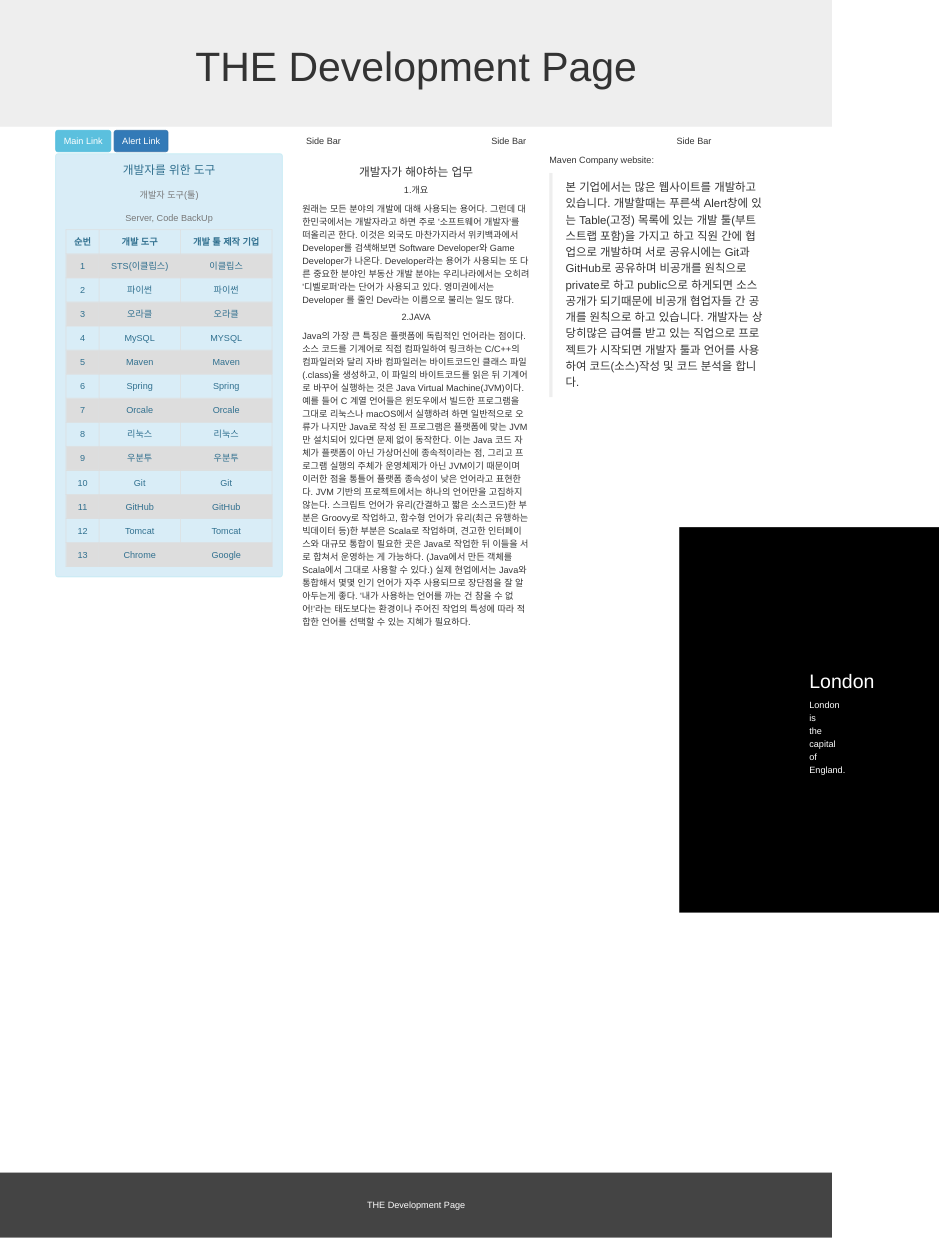
Repository: as2019a/spring
Page: http://localhost/ch19_project_mavenwebsite/WEB-INF/views/development.jsp
These files come from the project's save history. The page is drawn as it stood at one moment and after the next save; the edit follows.
The browser window is 1280 px wide. The page is 1445 px wide, then 1280 px, so the pictures cover 1445 px, including what lies to the right of the window. The pictures show the whole page, at 65% of full size.
Some web libraries are served in a nearby version. The page is served by Tomcat 9. Nobody is signed in. Other server files are loaded and not shown. The template is opened directly, without the code that normally fills it, so the values that code supplies are empty.

Above is the page before, as saved 2019-01-30 08:32:59.

### ch19_project_mavenwebsite/src/main/webapp/WEB-INF/views/development.jsp
<%@ page language="java" contentType="text/html; charset=UTF-8"
    pageEncoding="UTF-8"%>
<%@ taglib prefix="c" uri="http://java.sun.com/jsp/jstl/core" %>
<%@ taglib prefix="sec" uri="http://www.springframework.org/security/tags" %>
<!DOCTYPE html>
<html>
<head>
<meta charset="UTF-8">
<meta name="viewport"
 	  content="width=device-width, initial-scale=1">
<title>THE Development Page</title>
<link href="https://maxcdn.bootstrapcdn.com/bootstrap/3.3.2/css/bootstrap.min.css" rel="stylesheet">
<link rel="stylesheet" href="https://use.fontawesome.com/releases/v5.5.0/css/all.css">
<style type="text/css">
	.jumbotron{
			margin-bottom: 5px;
	}

	h5{
		text-align:center;
	}

	#sa:hover{
		color:fuchsia;
	}

	#sc:hover{
		color:orange;
	}

	#sf:hover{
		color:lime;
	}

	table {
	  font-family: arial, sans-serif;
	  border-collapse: collapse;
	  width: 100%;
	}

	td, th {
	  border: 1px solid #dddddd;
	  text-align:center;
	  padding: 8px;
	}

	tr:nth-child(even) {
	  background-color: #dddddd;
	}

	.cmd {
	  background-color: black;
	  color: white;
	  margin: 200px;
	  padding: 200px;
	}

	.footer{
		height: 100px;
		line-height: 100px;
		background-color: #444;
		color: white;
		text-align: center;
		margin-top: 200px;
	}

</style>
</head>
<body>
	<div class="jumbotron">
		<h1 class="text-center" style="">THE Development Page</h1>
	</div>
	<div class="container">
	  <div class="row">
	  	<div class="col-sm-12">
	  		<div class="col-sm-3">
	  			<a href="/main" type="button" class="btn btn-info">Main Link</a>
	  			<button type="button" class="btn btn-primary" onclick="alertsone()">
	  			Alert Link</button>
	  		</div>
	  		<div class="col-sm-3">
	  			<h5 id="sa">Side Bar</h5>
	  		</div>
	  		<div class="col-sm-3">
	  			<h5 id="sc">Side Bar</h5>
	  		</div>
	  		<div class="col-sm-3">
	  			<h5 id="sf">Side Bar</h5>
	  		</div>
	  	</div>
	    <div class="col-xs-12">
	    	<div class="col-xs-4">
	    		<div class="alert alert-info">
	    			<h4 style="font-size:large;text-align:center;">개발자를 위한 도구</h4>
	    			<table>
	    				<caption class="text-center">개발자 도구(툴)</caption>
	    				<caption class="text-center">Server, Code BackUp</caption>
	    				<thead>
	    					<tr>
	    						<th>순번</th>
	    						<th>개발 도구</th>
	    						<th>개발 툴 제작 기업</th>
	    					</tr>
	    					<tr>
	    						<td>1</td>
	    						<td>STS(이클립스)</td>
	    						<td>이클립스</td>
	    					</tr>
	    					<tr>
	    						<td>2</td>
	    						<td>파이썬</td>
	    						<td>파이썬</td>
	    					</tr>
	    					<tr>
	    						<td>3</td>
	    						<td>오라클</td>
	    						<td>오라클</td>
	    					</tr>
	    					<tr>
	    						<td>4</td>
	    						<td>MySQL</td>
	    						<td>MYSQL</td>
	    					</tr>
	    					<tr>
	    						<td>5</td>
	    						<td>Maven</td>
	    						<td>Maven</td>
	    					</tr>
	    					<tr>
	    						<td>6</td>
	    						<td>Spring</td>
	    						<td>Spring</td>
	    					</tr>
	    					<tr>
	    						<td>7</td>
	    						<td>Orcale</td>
	    						<td>Orcale</td>
	    					</tr>
	    					<tr>
	    						<td>8</td>
	    						<td>리눅스</td>
	    						<td>리눅스</td>
	    					</tr>
	    					<tr>
	    						<td>9</td>
	    						<td>우분투</td>
	    						<td>우분투</td>
	    					</tr>
	    					<tr>
	    						<td>10</td>
	    						<td>Git</td>
	    						<td>Git</td>
	    					</tr>
	    					<tr>
	    						<td>11</td>
	    						<td>GitHub</td>
	    						<td>GitHub</td>
	    					</tr>
	    					<tr>
	    						<td>12</td>
	    						<td>Tomcat</td>
	    						<td>Tomcat</td>
	    					</tr>
	    					<tr>
	    						<td>13</td>
	    						<td>Chrome</td>
	    						<td>Google</td>
	    					</tr>
	    				</thead>

	    			</table>
	    		</div>
	    	</div>
	    	<div class="col-xs-4">
	    		<h2 style="font-size:large;text-align:center;">개발자가 해야하는 업무</h2>
	    		<h5>1.개요</h5>
	    		<p>
	    		원래는 모든 분야의 개발에 대해 사용되는 용어다.
	    		그런데 대한민국에서는 개발자라고 하면 주로 '소프트웨어 개발자'를 떠올리곤 한다.
	    		이것은 외국도 마찬가지라서 위키백과에서 Developer를 검색해보면 Software Developer와 Game Developer가 나온다. Developer라는 용어가 사용되는 또 다른 중요한 분야인 부동산 개발 분야는 우리나라에서는 오히려 '디벨로퍼'라는 단어가 사용되고 있다.
	    		영미권에서는 Developer 를 줄인 Dev라는 이름으로 불리는 일도 많다.
	    		</p>
	    		<h5>2.JAVA</h5>
	    		<p>
	    		Java의 가장 큰 특징은 플랫폼에 독립적인 언어라는 점이다. 소스 코드를 기계어로 직접 컴파일하여 링크하는 C/C++의 컴파일러와 달리 자바 컴파일러는 바이트코드인 클래스 파일(.class)을 생성하고, 이 파일의 바이트코드를 읽은 뒤 기계어로 바꾸어 실행하는 것은 Java Virtual Machine(JVM)이다.
				예를 들어 C 계열 언어들은 윈도우에서 빌드한 프로그램을 그대로 리눅스나 macOS에서 실행하려 하면 일반적으로 오류가 나지만 Java로 작성 된 프로그램은 플랫폼에 맞는 JVM만 설치되어 있다면 문제 없이 동작한다. 이는 Java 코드 자체가 플랫폼이 아닌 가상머신에 종속적이라는 점, 그리고 프로그램 실행의 주체가 운영체제가 아닌 JVM이기 때문이며 이러한 점을 통틀어 플랫폼 종속성이 낮은 언어라고 표현한다.
				JVM 기반의 프로젝트에서는 하나의 언어만을 고집하지 않는다. 스크립트 언어가 유리(간결하고 짧은 소스코드)한 부분은 Groovy로 작업하고, 함수형 언어가 유리(최근 유행하는 빅데이터 등)한 부분은 Scala로 작업하며, 견고한 인터페이스와 대규모 통합이 필요한 곳은 Java로 작업한 뒤 이들을 서로 합쳐서 운영하는 게 가능하다. (Java에서 만든 객체를 Scala에서 그대로 사용할 수 있다.)
				실제 현업에서는 Java와 통합해서 몇몇 인기 언어가 자주 사용되므로 장단점을 잘 알아두는게 좋다. '내가 사용하는 언어를 까는 건 참을 수 없어!'라는 태도보다는 환경이나 주어진 작업의 특성에 따라 적합한 언어를 선택할 수 있는 지혜가 필요하다.
	    		</p>
	    	</div>
	    	<div class="col-xs-4">
	    		<p>Maven Company website:</p>
				<blockquote cite="http://localhost:8080/main">
				본 기업에서는 많은 웹사이트를 개발하고 있습니다. 개발할때는 푸른색 Alert창에
				있는 Table(고정) 목록에 있는 개발 툴(부트스트랩 포함)을 가지고 하고 직원 간에
				협업으로 개발하며 서로 공유시에는 Git과 GitHub로 공유하며 비공개를 원칙으로
				private로 하고 public으로 하게되면 소스공개가 되기때문에 비공개 협업자들 간
				공개를 원칙으로 하고 있습니다. 개발자는 상당히많은 급여를 받고 있는 직업으로
				프로젝트가 시작되면 개발자 툴과 언어를 사용하여 코드(소스)작성 및 코드 분석을
				합니다.
				</blockquote>
				<div class="cmd">
					<h2>London</h2>
					<p>London is the capital of England.</p>
				</div>
	    	</div>
	    </div>
	  </div>
	</div>
	<div class="footer">
		<p class="text-center" style="">THE Development Page</p>
	</div>
	<script src="https://code.jquery.com/jquery-3.3.1.min.js"></script>
	<script src="https://maxcdn.bootstrapcdn.com/bootstrap/3.3.2/js/bootstrap.min.js"></script>
	<script type="text/javascript">

	</script>
</body>
</html>

After the next save:
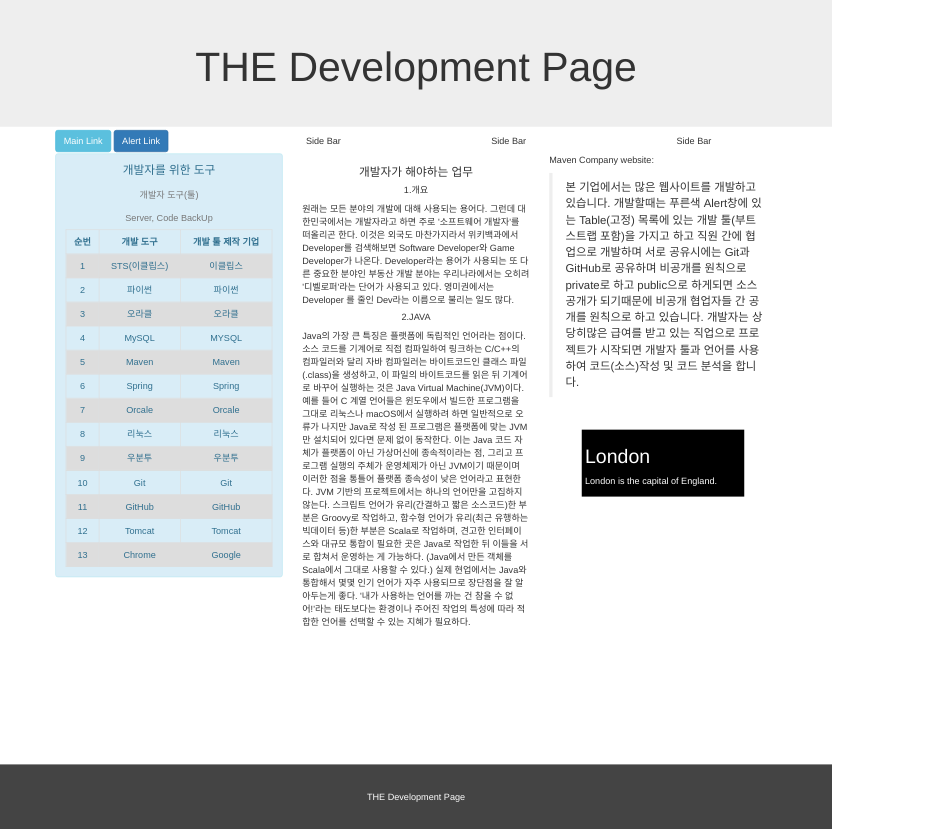
Saved 13 s later.
--- a/ch19_project_mavenwebsite/src/main/webapp/WEB-INF/views/development.jsp
+++ b/ch19_project_mavenwebsite/src/main/webapp/WEB-INF/views/development.jsp
@@ -51,8 +51,8 @@
 	.cmd {
 	  background-color: black;
 	  color: white;
-	  margin: 200px;
-	  padding: 200px;
+	  margin: 50px;
+	  padding: 5px;
 	}
 
 	.footer{
